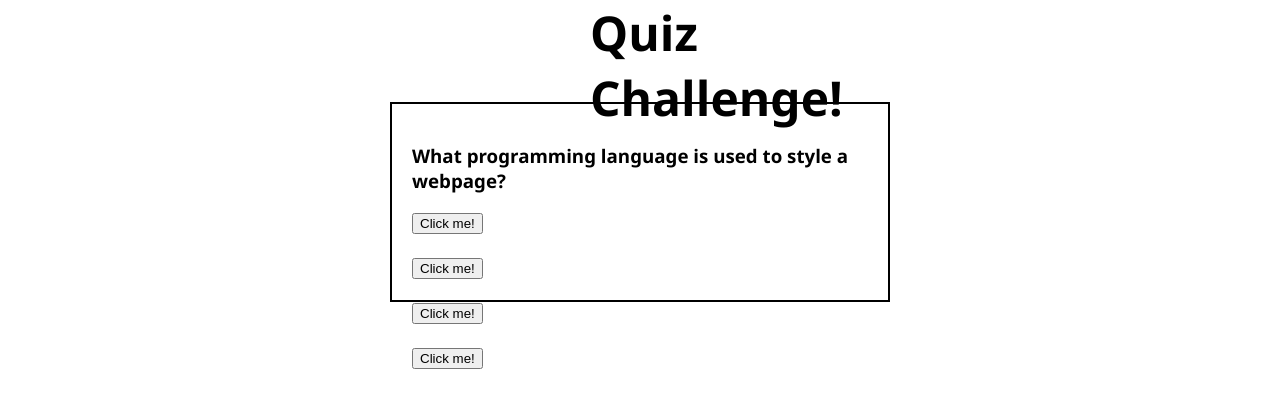
Repository: s88leigh/Quiz-Challenge
Page: index.html
These files come from the project's save history. The page is drawn as it stood at one moment and after the next save; the edit follows.
The browser window is 1280 px wide. The pictures show the whole page.

Above is the page before, as saved 2019-10-18 10:36:59.

### index.html
<!DOCTYPE html>
<html lang="en">

<head>
    <meta charset="UTF-8">
    <meta name="viewport" content="width=device-width, initial-scale=1.0">
    <meta http-equiv="X-UA-Compatible" content="ie=edge">
    <link rel="stylesheet" type="text/css" href="style.css">
    <title>Quiz</title>


</head>

<body>
    <h1 id="title">Quiz Challenge!</h1>
    <br>
    <div id="question-box">

        <h3 id="question">question</h3>
        <div id="answers"></div>

        <input type="button" id="btn1" value="Click me!"> <br> <br>
        <input type="button" id="btn2" value="Click me!"> <br> <br>
        <input type="button" id="btn3" value="Click me!"> <br> <br>
        <input type="button" id="btn4" value="Click me!">

    </div>

    <!-- <div class="wrapper">
    <h1>Coding Timetracker</h1>
    <h2><span id="counter">0</span> Hours Spent Coding Today</h2>
    <button id="add">Increment</button>
    <button id="subtract">Decrement</button>
  </div> -->

    <script src="./script.js"></script>
</body>

</html>

### style.css
#title {
    width: 100px;
    height: 50px;
    margin: auto;
    margin-bottom: 30px;
    text-align: center;
}

#question-box {
    width: 500px;
    height: 200px;
    padding: 20px;
    margin: auto;
    border: 2px solid black;
}

/* time tracker */
*, *::before, *::after {
    box-sizing: border-box;
  }

  html {
    font-size: 16px;
    font-family: 'Segoe UI', Tahoma, Geneva, Verdana, sans-serif;
  }

  body {
    margin: 0;
    padding: 0;
    font-weight: normal;
  }

  .wrapper {
    width: 800px;
    margin: 0 auto;
    text-align: center;
  }

  h1 {
    font-size: 3em;
  }

  #add, #subtract {
    border-radius: 4px;
    border-style: none;
    box-shadow: rgba(34,36,38,.15) 0 0 0 0 inset;
    color: #fff;
    cursor: pointer;
    font-family: "Helvetica Neue",Arial,Helvetica,sans-serif;
    font-size: 1em;
    font-weight: 700;
    line-height: 0;
    padding: 20px;
  }

  #add {
    background-color: #2185d0;
  }

  #add:hover {
    background-color: #1678c2;
  }

  #subtract {
    background-color: #db2828;
  }

  #subtract:hover {
    background-color: #CF1919;
  }

### script.js
// var btn1 = document.getElementById("btn1");
// var btn2 = document.getElementById("btn2");
// var btn3 = document.getElementById("btn3");
// var btn4 = document.getElementById("btn4");
var currQuestionDiv = document.getElementById("question");
var answersDiv = document.getElementById("answers");

var questions = [
    {
        questionText: "What programming language is used to style a webpage?",
        choices: ["Option 1","css", "Option3", "Option4"],
        answer: "css"
    },
    {
        questionText: "Which one is a DOM element?",
        choices: ["Option 1", "Option 2", "addEventListener", "Option4"],
        answer: "addEventListener"
    },
    {
        questionText: "Which is a DOM attribute?",
        choices: ["value", "Option 2", "Option3", "Option4"],
        answer: "value"
    },
    {
        questionText: "What are the inputs of a function called?",
        choices: ["Option 1", "Option 2", "Option3", "parameters"],
        answer: "parameters"
    },
    {
        questionText: "What is the output of a function called?",
        choices: ["Option 1", "Option 2", "Option3", "parameters"],
        answer: "return"
    }
];

var qIndex = 0;
function questionText(){
    var currentQuestion = questions[qIndex];
    currQuestionDiv.innerText = currentQuestion.questionText
    for(var i = 0; i < currentQuestion.choices.length; i++){

    }
};
questionText()
// for (var i = 0; i < questions.length; i++) {
//     // get the question
//     var question = questions[i];
//     // get the question text and do something with it, put it on document
//     question.questionText;
// }

// questionText()




// // Counter in local storage
// var counter = document.querySelector("#counter");
// var addButton = document.querySelector("#add");
// var subtractButton = document.querySelector("#subtract");

// var count = localStorage.getItem("count");

// counter.textContent = count;

// addButton.addEventListener("click", function() {
//   count++;
//   counter.textContent = count;

//   localStorage.setItem("count", count);
// });

// subtractButton.addEventListener("click", function() {
//   count--;
//   counter.textContent = count;

//   localStorage.setItem("count", count);
// });

// // testing
// var h1 = document.createElement("h1");
// var h1Text = document.createTextNode("Hello Kitty");
// h1.appendChild(h1Text);
// document.body.appendChild(h1);

After the next save:
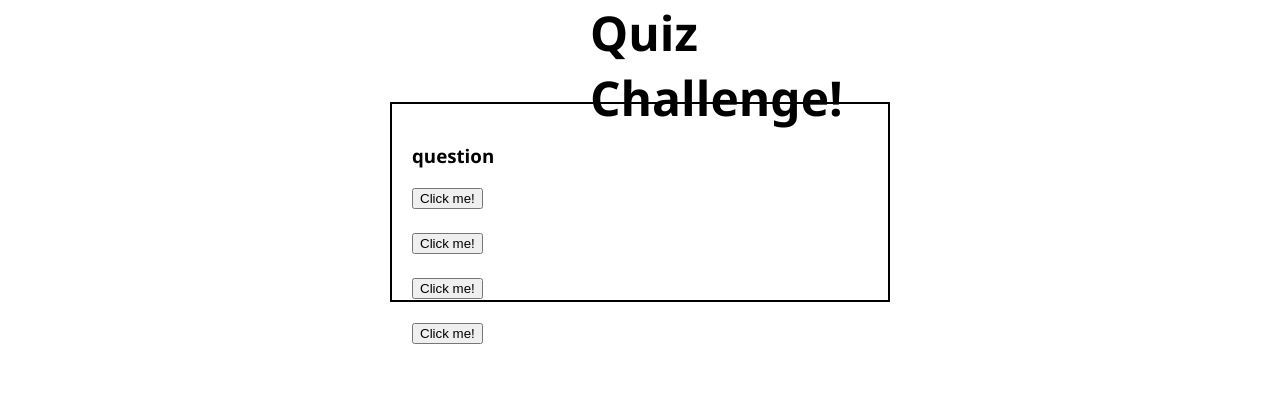
Console error: SyntaxError: Unexpected token '}'
Saved 41 s later.
--- a/script.js
+++ b/script.js
@@ -38,7 +38,7 @@
     var currentQuestion = questions[qIndex];
     currQuestionDiv.innerText = currentQuestion.questionText
     for(var i = 0; i < currentQuestion.choices.length; i++){
-
+        var
     }
 };
 questionText()

After the save that followed:
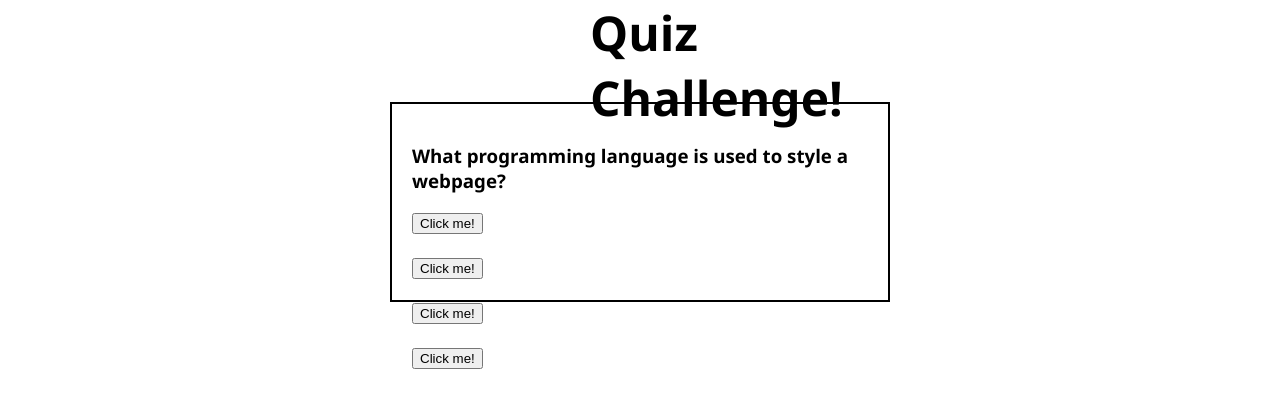
The error is gone.
Saved 4 s later.
--- a/script.js
+++ b/script.js
@@ -38,7 +38,7 @@
     var currentQuestion = questions[qIndex];
     currQuestionDiv.innerText = currentQuestion.questionText
     for(var i = 0; i < currentQuestion.choices.length; i++){
-        var
+        var button
     }
 };
 questionText()
